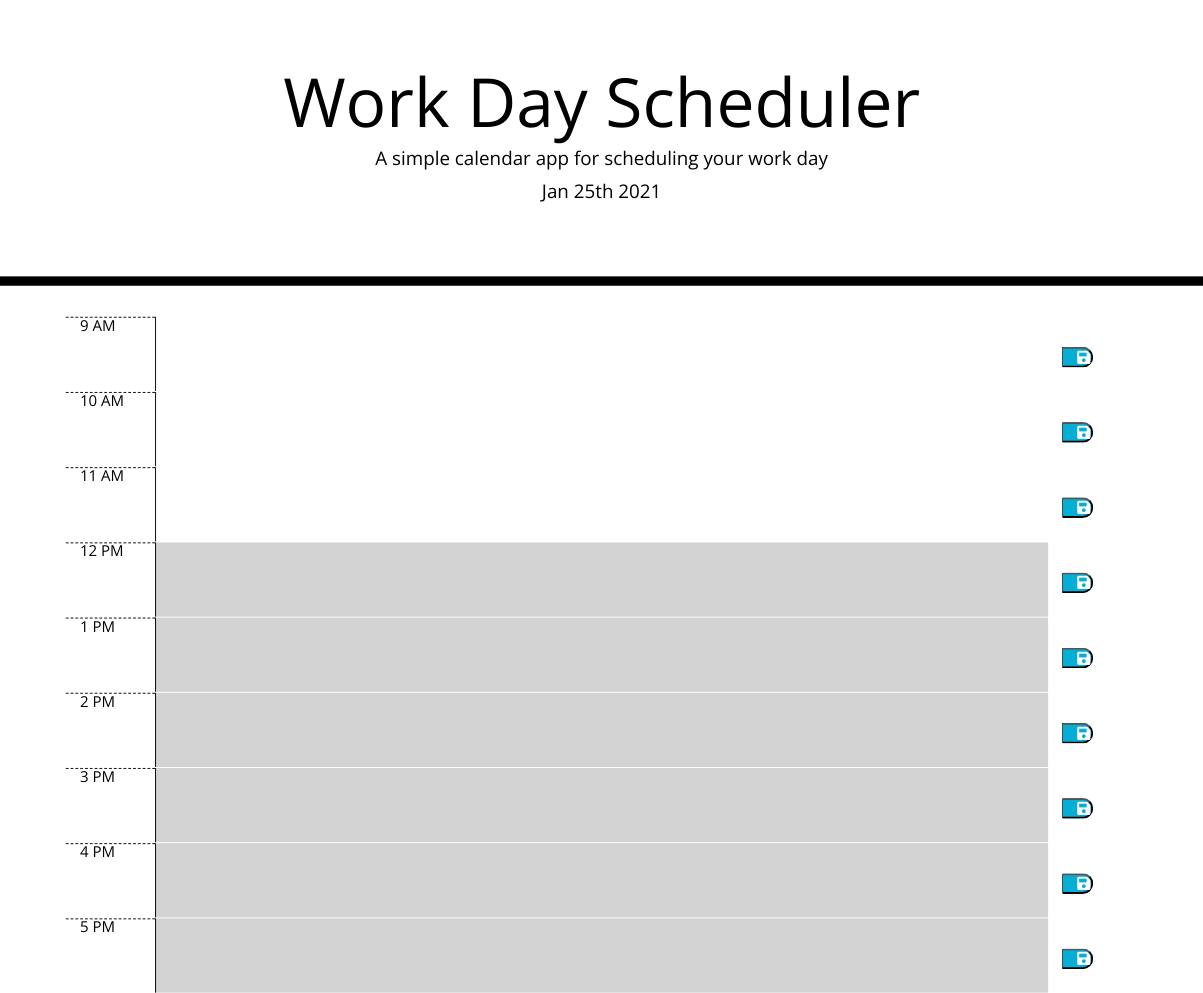
Repository: UPye/workDayScheduler
Page: index.html
These files come from the project's save history. The page is drawn as it stood at one moment and after the next save; the edit follows.
The browser window is 1280 px wide. The pictures show the whole page, at 94% of full size.
Some web libraries are served in a nearby version.

Above is the page before, as saved 2021-01-25 21:36:13.

### index.html
<!DOCTYPE html>
<html lang="en">
  <head>
    <meta charset="UTF-8" />
    <meta name="viewport" content="width=device-width, initial-scale=1.0" />
    <meta http-equiv="X-UA-Compatible" content="ie=edge" />
    <link
      rel="stylesheet"
      href="https://stackpath.bootstrapcdn.com/bootstrap/4.3.1/css/bootstrap.min.css"
    />
    <link
      rel="stylesheet"
      href="https://use.fontawesome.com/releases/v5.8.1/css/all.css"
      integrity="sha384-50oBUHEmvpQ+1lW4y57PTFmhCaXp0ML5d60M1M7uH2+nqUivzIebhndOJK28anvf"
      crossorigin="anonymous"
    />
    <link
      href="https://fonts.googleapis.com/css?family=Open+Sans&display=swap"
      rel="stylesheet"
    />
    <link rel="stylesheet" href="./assets/CSS/style.css" />
    <title>Work Day Scheduler</title>
  </head>

  <body>
    <header class="jumbotron">
      <h1 class="display-3">Work Day Scheduler</h1>
      <p class="lead">A simple calendar app for scheduling your work day</p>
      <p id="currentDay" class="lead"></p>
    </header>

      <!-- Timeblocks go here -->
    <main class="container">
      <section class="row timeblocks" id="ls">
        <div class="col-1 hour">9 AM</div>
        <textarea id="hour-9" class="task col-10" name="server" autocomplete="off"></textarea>
        <div class="col-1 save">
          <button type="button" id="save-9" data-id="9" class="saveBtn col-1"><i class="fas fa-save"></i></button>
        </div>
      </section>
      <section class="row timeblocks">
        <div class="col-1 hour">10 AM</div>
        <textarea id="hour-10" class="col-10 task" placeholder="" autocomplete="off"></textarea>
        <div class="col-1 save">
          <button type="button" id="save-10" data-id="10" class="saveBtn col-1"><i class="fas fa-save"></i></button>
        </div>
      </section>
      <section class="row timeblocks">
        <div class="col-1 hour">11 AM</div>
        <textarea id="hour-11" class="col-10 task" placeholder="" autocomplete="off"></textarea>
        <div class="col-1 save">
          <button type="button" id="save-11" data-id="11" class="saveBtn col-1"><i class="fas fa-save"></i></button>
        </div>
      </section>
      <section class="row timeblocks">
        <div class="col-1 hour">12 PM</div>
        <textarea id="12pm hour-12" class="col-10 task" placeholder="" autocomplete="off"></textarea>
        <div class="col-1 save">
          <button type="button" id="save-12" data-id="12" class="saveBtn col-1"><i class="fas fa-save"></i></button>
        </div>
      </section>
      <section class="row timeblocks">
        <div class="col-1 hour">1 PM</div>
        <textarea id="1pm hour-1" class="task col-10" placeholder="" autocomplete="off"></textarea>
        <div class="col-1 save">
          <button type="button" id="save-1" data-id="1" class="saveBtn col-1"><i class="fas fa-save"></i></button>
        </div>
      </section>
      <section class="row timeblocks">
        <div class="col-1 hour">2 PM</div>
        <textarea id="2pm hour-2" class="task col-10" placeholder="" autocomplete="off"></textarea>
        <div class="col-1 save">
          <button type="button" id="save-2" data-id="2" class="saveBtn col-1"><i class="fas fa-save"></i></button>
        </div>
      </section>
      <section class="row timeblocks">
        <div class="col-1 hour">3 PM</div>
        <textarea id="3pm hour-3" class="task col-10" placeholder="" autocomplete="off"></textarea>
        <div class="col-1 save">
          <button type="button" id="save-3" data-id="3" class="saveBtn col-1"><i class="fas fa-save"></i></button>
        </div>
      </section>
      <section class="row timeblocks">
        <div class="col-1 hour">4 PM</div>
        <textarea id="4pm hour-4" class="task col-10" placeholder="" autocomplete="off"></textarea>
        <div class="col-1 save">
          <button type="button" id="save-4" data-id="4" class="saveBtn col-1"><i class="fas fa-save"></i></button>
        </div>
      </section>
      <section class="row timeblocks">
        <div class="col-1 hour">5 PM</div>
        <textarea id="5pm hour-5" class="task col-10" placeholder="" autocomplete="off"></textarea>
        <div class="col-1 save">
          <button type="button" id="save-5" data-id="5" class="saveBtn col-1"><i class="fas fa-save"></i></button>
        </div>
      </section>
    </div>

    <script src="https://code.jquery.com/jquery-3.4.1.min.js"></script>
    <script src="https://cdnjs.cloudflare.com/ajax/libs/moment.js/2.24.0/moment.min.js"></script>
    <script src="./assets/JS/script.js"></script>
  </body>
</html>

### assets/CSS/style.css
body {
  font-family: 'Open Sans', sans-serif;
  font-size: 16px;
  line-height: 1;
}

textarea {
  background: transparent;
  border: none;
  resize: none;
  color: #000000;
  border-left: 1px solid black;
  padding: 10px;
}

.jumbotron {
  text-align: center;
  background-color: transparent;
  color: black;
  border-radius: 0;
  border-bottom: 10px solid black;
}

.description {
  white-space: pre-wrap;
}

.time-block {
  text-align: center;
  border-radius: 15px;
}

.row {
  white-space: pre-wrap;
  height: 80px;
  border-top: 1px solid white;;
}

.hour {
  background-color: #ffffff;
  color: #000000;
  border-top: 1px dashed #000000;
}

.past {
  background-color: #d3d3d3;
  color: black;
}

.present {
  background-color: #ff6961;
  color: black;
}

.future {
  background-color: #77dd77;
  color: black;
}

.saveBtn {
  border-left: 1px solid black;
  border-top-right-radius: 15px;
  border-bottom-right-radius: 15px;
  background-size: 1px 100px;
  background-color: #06AED5;
  color: white;
}

.saveBtn i:hover {
  font-size: 20px;
  transition: all .3s ease-in-out;
}

### assets/JS/script.js
// Displays the date at the top
var date = moment().format("MMM Do YYYY");
$("#currentDay").text(date);

// Continually check for the time, in case task due dates are approaching
var currentTime = parseInt(moment().format("H"));
var aryTasks = [];


// Listens for click events on clickable items
$("button").on("click", function(event) {

    var calendarEntryId = $(this).attr("data-id");
    var calendarTextElement = "#hour-" + calendarEntryId;
    var calendarText = $(calendarTextElement).val();

    console.log(calendarText);

    var createObject = {
        hour: parseInt(calendarEntryId),
        task: calendarText
    };

    aryTasks.push(createObject);

    // Upload input to localStorage
    localStorage.setItem("taskData", JSON.stringify(aryTasks));
});

var updateInfo = function () {
    date = moment();
    datetime.html(date.format("dddd, MMMM Do YYYY, h:mm:ss a"));
};


// Check if task is in the past, present, or future
$("textarea").each(function() {
    var calendarTime= parseInt(this.id);

        $(this).removeClass("past");
        $(this).removeClass("present");
        $(this).removeClass("future");

        // Get data from the localStorage
        if (localStorage.getItem(calendarTime) != null) {
            $(this).val(localStorage.getItem(calendarTime));
        }
        if (calendarTime < currentTime) {
            $(this).addClass("past");
        }
        else if (calendarTime === currentTime) {
            $(this).addClass("present");
        }
        else if (calendarTime > currentTime) {
            $(this).addClass("future");
        };
});

aryTasks = JSON.parse(localStorage.getItem("taskData")) || [];

var renderData = function() {
    for(i=0; i < aryTasks.length; i++) {
        let input = $("#hour-" + aryTasks[i].hour);
        input.val(aryTasks[i].task);
    }
};

renderData();

After the next save:
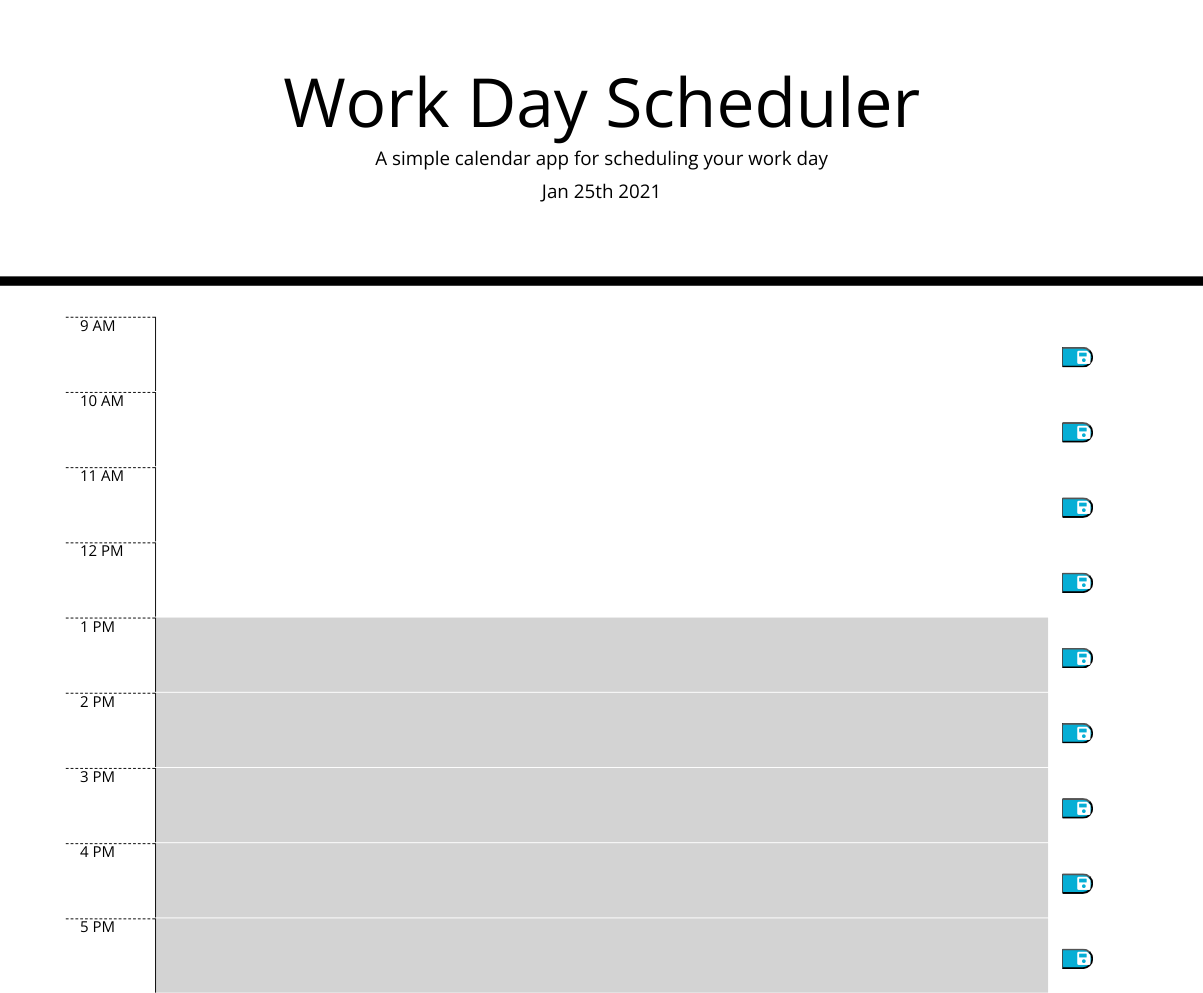
Saved 9 s later.
--- a/index.html
+++ b/index.html
@@ -54,7 +54,7 @@
       </section>
       <section class="row timeblocks">
         <div class="col-1 hour">12 PM</div>
-        <textarea id="12pm hour-12" class="col-10 task" placeholder="" autocomplete="off"></textarea>
+        <textarea id="hour-12" class="col-10 task" placeholder="" autocomplete="off"></textarea>
         <div class="col-1 save">
           <button type="button" id="save-12" data-id="12" class="saveBtn col-1"><i class="fas fa-save"></i></button>
         </div>
